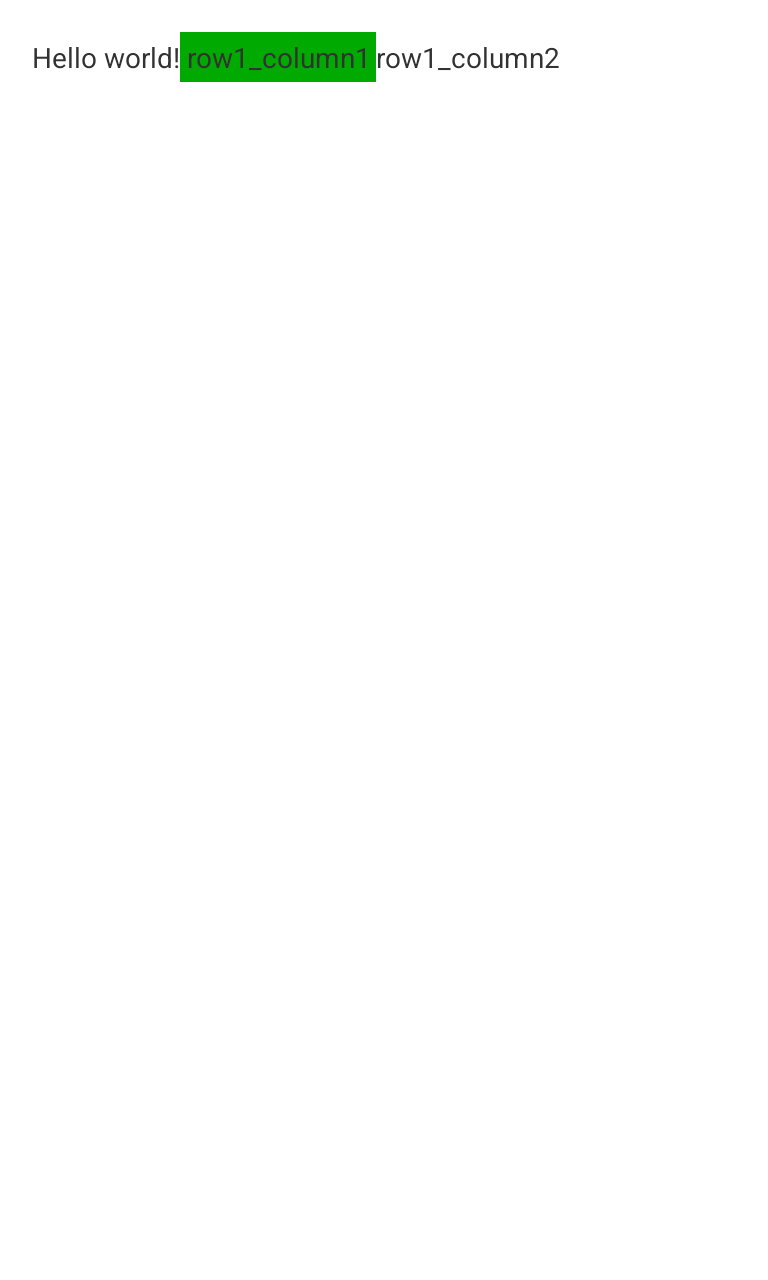
Repository: HouJun11220033/Android
Layout: Layout_02/res/layout/main.xml
These files come from the project's save history. The layout is drawn as it stood at one moment and after the next save; the edit follows.
It is drawn on a 768 x 1280 px phone screen (xhdpi) without system bars, with theme AppTheme; the app's code is not run.

Above is the layout before, as saved 2016-09-15 13:15:16.

### Layout_02/res/layout/main.xml
<TableLayout xmlns:android="http://schemas.android.com/apk/res/android"
    xmlns:tools="http://schemas.android.com/tools"
    android:layout_width="match_parent"
    android:layout_height="match_parent"
    android:paddingBottom="@dimen/activity_vertical_margin"
    android:paddingLeft="@dimen/activity_horizontal_margin"
    android:paddingRight="@dimen/activity_horizontal_margin"
    android:paddingTop="@dimen/activity_vertical_margin"
    tools:context="com.example.MainActivity" >

    <TableRow>

        <TextView
            android:layout_width="wrap_content"
            android:layout_height="wrap_content"
            android:text="@string/hello_world" />

        <TextView
            android:background="#00aa00"
            android:gravity="center_horizontal"
            android:padding="3dip"
            android:text="@string/row1_column1" />

        <TextView android:text="@string/row1_column2" />


    </TableRow>
    <TableRow >


    </TableRow>

</TableLayout>

### Layout_02/res/values/strings.xml
<?xml version="1.0" encoding="utf-8"?>
<resources>

    <string name="app_name">Layout_02</string>
    <string name="hello_world">Hello world!</string>
    <string name="action_settings">Settings</string>
    <string name="row1_column1">row1_column1</string>
    <string name="row1_column2">row1_column2</string>
    <string name="row2_column1">row2_column1</string>
    <string name="row2_column2">row2_column2</string>

</resources>

Loaded but not shown: Layout_02/res/values/styles.xml (common file); Layout_02/res/values-v11/styles.xml (common file); Layout_02/res/values-v14/styles.xml (common file); Layout_02/res/values/dimens.xml (common file); Layout_02/res/values-w820dp/dimens.xml (common file)

After the next save:
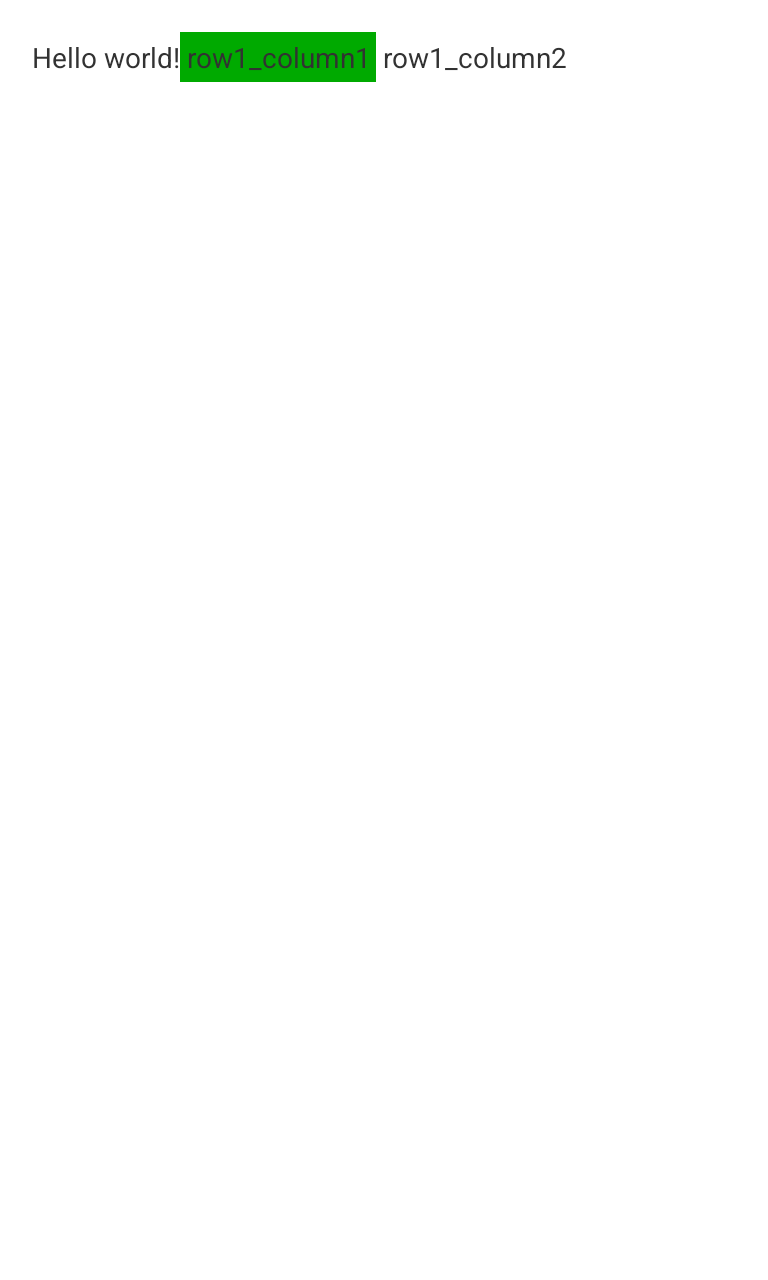
Saved 59 s later.
--- a/Layout_02/res/layout/main.xml
+++ b/Layout_02/res/layout/main.xml
@@ -21,13 +21,14 @@
             android:padding="3dip"
             android:text="@string/row1_column1" />
 
-        <TextView android:text="@string/row1_column2" />
+        <TextView
+            android:gravity="center_horizontal"
+            android:padding="3dip"
+            android:text="@string/row1_column2"
+            android:text="@string/row1_column2" />
+    </TableRow>
 
-
-    </TableRow>
-    <TableRow >
-
-
+    <TableRow>
     </TableRow>
 
 </TableLayout>
